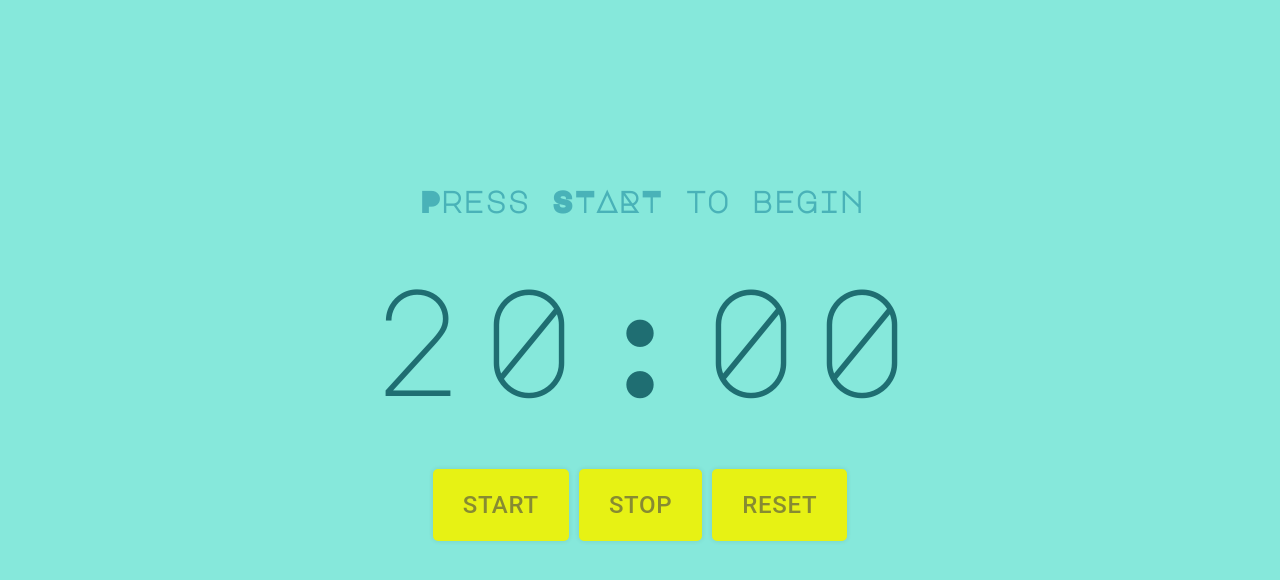
Repository: realistmccoy/pomodoro
Page: /
An editor plug-in stored every save of this project. The page is shown before and after the next save, followed by the edit.
The browser window is 1280 px wide. The pictures show the whole page.
The project was rebuilt for these pictures with package versions that can differ from the ones it lists, and the page was loaded fresh each time.

Above is the page before, as saved 2020-12-10 01:01:25.

After the next save:
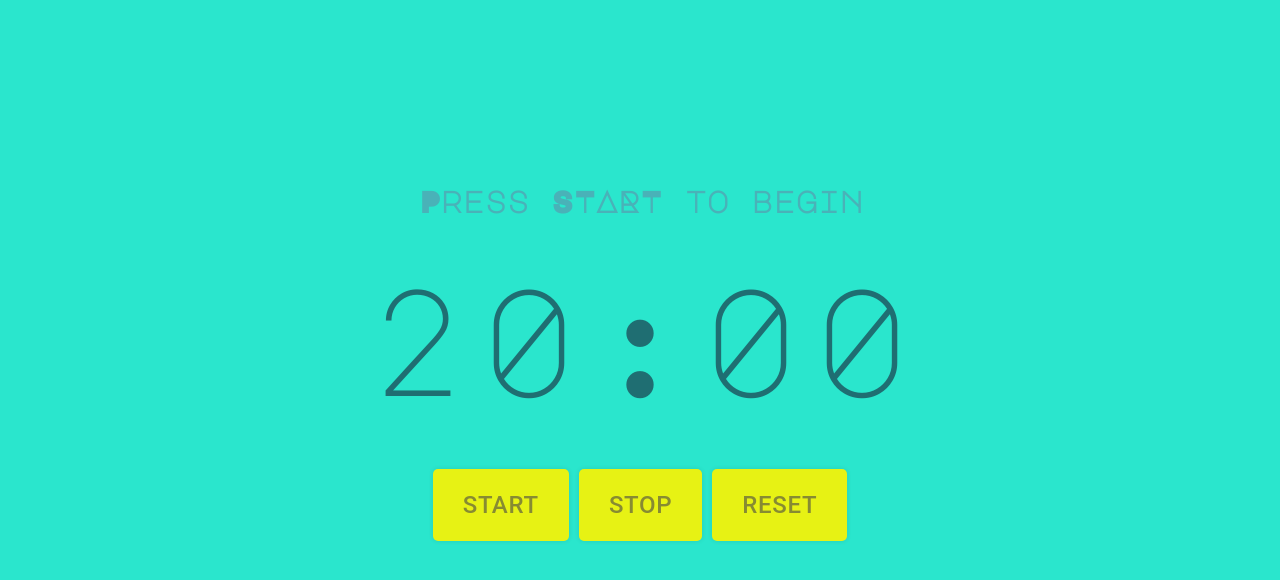
Saved 8 s later.
--- a/src/App.css
+++ b/src/App.css
@@ -19,7 +19,7 @@ body {
   flex-direction: column;
   align-items: center;
   justify-content: center;
-  background: #86e8db;
+  background: #2ae6cd;
   color: #2f9153;
 }
 
